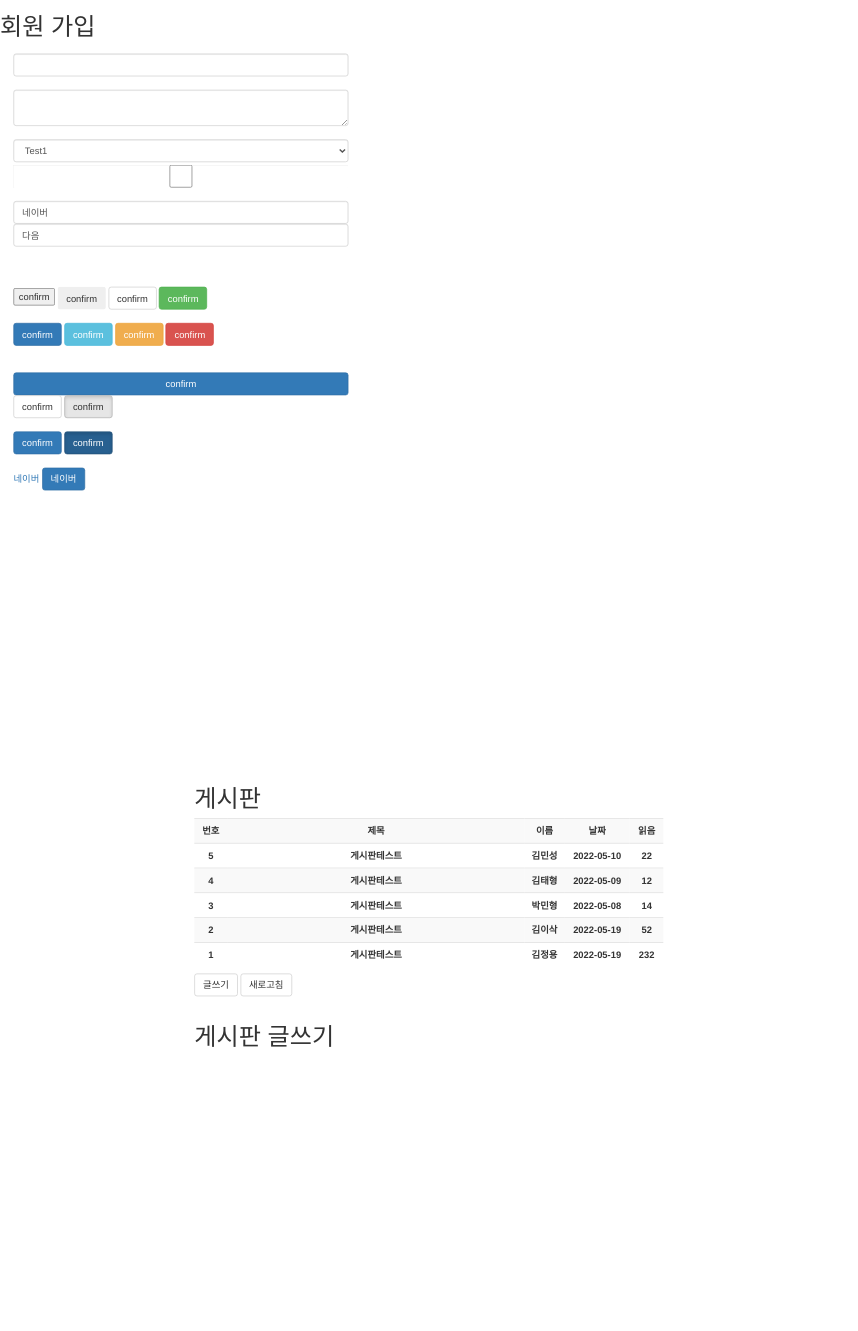
Repository: Umkimisstrong/UM_Webbb
Page: BootstrapApp/WebContent/BootEx03.html
An editor plug-in stored every save of this project. The page is shown before and after the next save, followed by the edit.
The browser window is 1280 px wide. The pictures show the whole page, at 67% of full size.

Above is the page before, as saved 2022-05-16 03:06:50.

### BootstrapApp/WebContent/BootEx03.html
<!DOCTYPE html>
<html>
<head>
<meta charset="UTF-8">
<title>BootEx03.html</title>

<link rel="stylesheet" type="text/css" href="css/bootstrap.css">
<script type="text/javascript" src="http://code.jquery.com/jquery.min.js"></script>
<script type="text/javascript" src="js/bootstrap.min.js"></script>

<style type="text/css">
	form
	{
		width: 500px;
		margin: 20px;
	}
	#table1
	{
		width: 720px;
	}

	#table1 th { text-align: center;}
	#table1 th:nth-child(1) { width: 50px;}
	#table1 th:nth-child(2) { width: 460px;}
	#table1 th:nth-child(3) { width: 60px;}
	#table1 th:nth-child(4) { width: 100px;}
	#table1 th:nth-child(5) { width: 50px;}

	#table1 td { width: 50px;}
	#table1 td:nth-child(2) { text-align: left;}
	#table1 td:nth-child(5) { text-align: right;}

	#btnSet {margin-top: -10px;}
	#main {width: 700px; margin: 0px auto;}

	#tblAdd{width: 600px;}
	#tblAdd th{width: 150px; text-align: right; padding-right: 15px;}
	#tblAdd td{width: 450px;}




</style>
</head>
<body>

<div>
<h1>회원 가입</h1>
</div>

<form action="">
	<input type="text" class='form-control'/>
	<br />

	<textarea name="" class='form-control' id="" cols="" rows=""></textarea>
	<br />

	<select name="" id="" class='form-control'>
		<option value="">Test1</option>
		<option value="">Test2</option>
		<option value="">Test3</option>
		<option value="">Test4</option>
	</select>

	<input type="checkbox"  class='form-control' />
	<br />
	<a href="#" class='form-control' >네이버</a>
	<a href="#" class='form-control'>다음</a>
	<br />
	<br />
	<br />


	<input type="button" value="confirm" />
	<input type="button" value="confirm" class="btn"/>
	<input type="button" value="confirm" class="btn btn-default"/>
	<input type="button" value="confirm" class="btn btn-success"/>

	<br /><br />
	<input type="button" value="confirm" class="btn btn-primary"/>
	<input type="button" value="confirm" class="btn btn-info"/>
	<input type="button" value="confirm" class="btn btn-warning"/>
	<input type="button" value="confirm" class="btn btn-danger"/>

	<br />
	<br />
	<br />

	<!-- btn-block : 버튼이 포함되어 있는 부모 요소만큼 꽉 채워서 렌더링 한다. -->
	<input type="button" value="confirm" class="btn btn-primary btn-block"/>

	<input type="button" value="confirm" class="btn btn-default"/>
	<input type="button" value="confirm" class="btn btn-default active"/>
	<br /><br />

	<input type="button" value="confirm" class="btn btn-primary"/>
	<input type="button" value="confirm" class="btn btn-primary active"/>
	<br /><br />


	<!-- btn 속성을 부여할때 role=button 속성을 같이 명시해준다 -->
	<a href="#">네이버</a>
	<a href="#" class="btn btn-primary" role="button">네이버</a>

</form>


	<br />	<br />	<br />	<br />	<br />	<br />	<br />	<br />	<br />	<br />	<br />	<br />	<br />	<br />	<br />	<br />	<br />
	<br />
	<br />
	<br />

<div id="main">
	<h1>게시판</h1>

	<table class="table table-striped" id="table1">
		<tr>
			<th>번호</th>
			<th>제목</th>
			<th>이름</th>
			<th>날짜</th>
			<th>읽음</th>
		</tr>
		<tr>
			<th>5</th>
			<th>게시판테스트</th>
			<th>김민성</th>
			<th>2022-05-10</th>
			<th>22</th>
		</tr>
		<tr>
			<th>4</th>
			<th>게시판테스트</th>
			<th>김태형</th>
			<th>2022-05-09</th>
			<th>12</th>
		</tr>
		<tr>
			<th>3</th>
			<th>게시판테스트</th>
			<th>박민형</th>
			<th>2022-05-08</th>
			<th>14</th>
		</tr>
		<tr>
			<th>2</th>
			<th>게시판테스트</th>
			<th>김이삭</th>
			<th>2022-05-19</th>
			<th>52</th>
		</tr>
		<tr>
			<th>1</th>
			<th>게시판테스트</th>
			<th>김정용</th>
			<th>2022-05-19</th>
			<th>232</th>
		</tr>
	</table>

	<div id="btnSet">
		<input type="button" value="글쓰기" class="btn btn-default" />
		<input type="button" value="새로고침" class="btn btn-default" />
	</div>
</div>


<br />

<div id="main">
	<h1>게시판 글쓰기</h1>
	<form action="">


	</form>


</div>




















<br />	<br />	<br />	<br />	<br />	<br />	<br />	<br />	<br />	<br />	<br />	<br />	<br />	<br />	<br />	<br />	<br />
	<br />
	<br />
	<br />





</body>
</html>

Loaded but not shown: BootstrapApp/WebContent/css/bootstrap.css (library); BootstrapApp/WebContent/js/bootstrap.min.js (library)

After the next save:
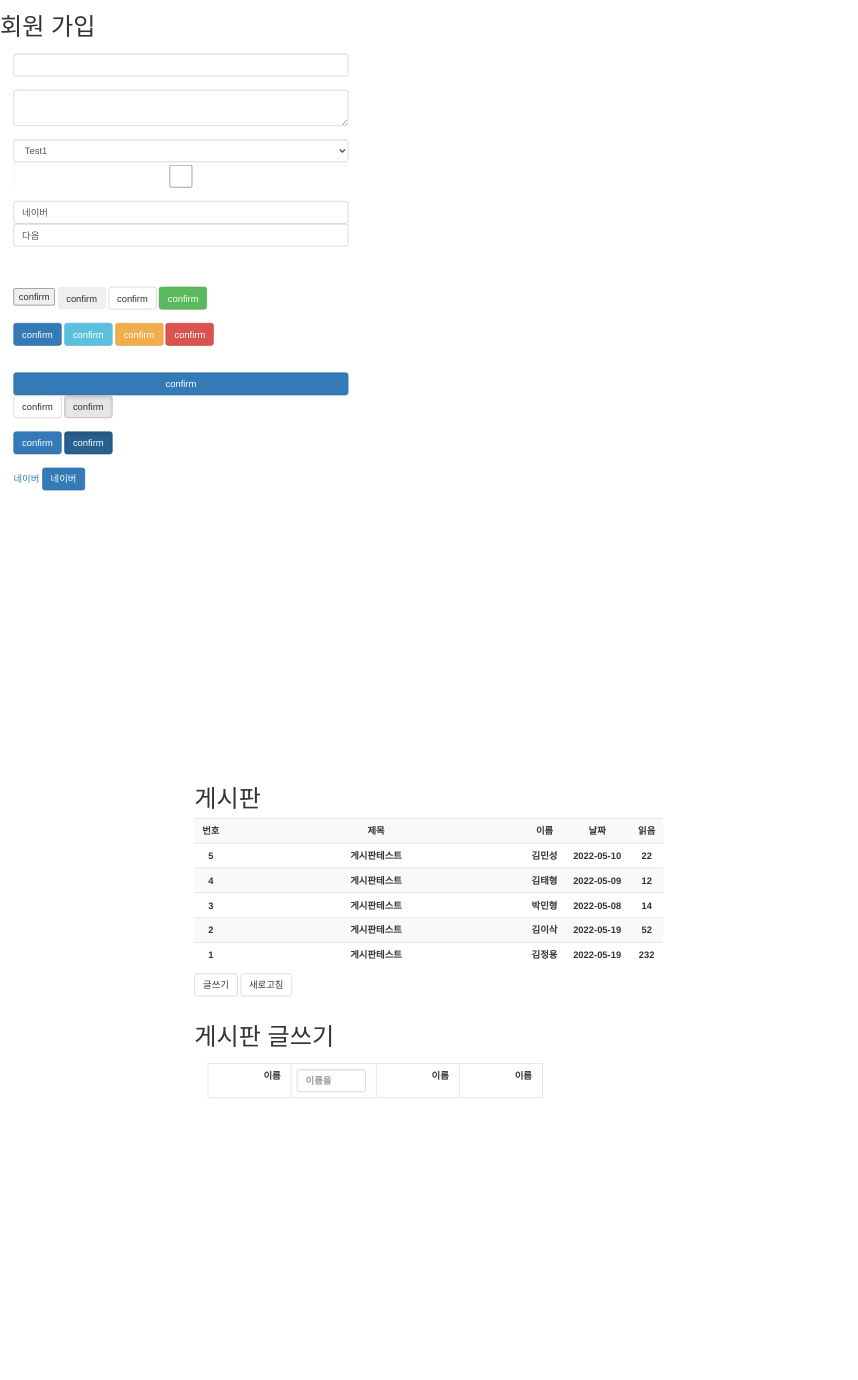
Saved 73 s later.
--- a/BootstrapApp/WebContent/BootEx03.html
+++ b/BootstrapApp/WebContent/BootEx03.html
@@ -170,7 +170,18 @@
 <div id="main">
 	<h1>게시판 글쓰기</h1>
 	<form action="">
-
+		<table class="table table-bordered" id="tblAdd">
+			<tr>
+				<th>이름</th>
+				<th>
+					<input type="text" class="form-control" placeholder="이름을" 입력하세요="" />
+				</th>
+				<th>이름</th>
+				<th>
+					이름
+				</th>
+			</tr>
+		</table>
 
 	</form>
 
